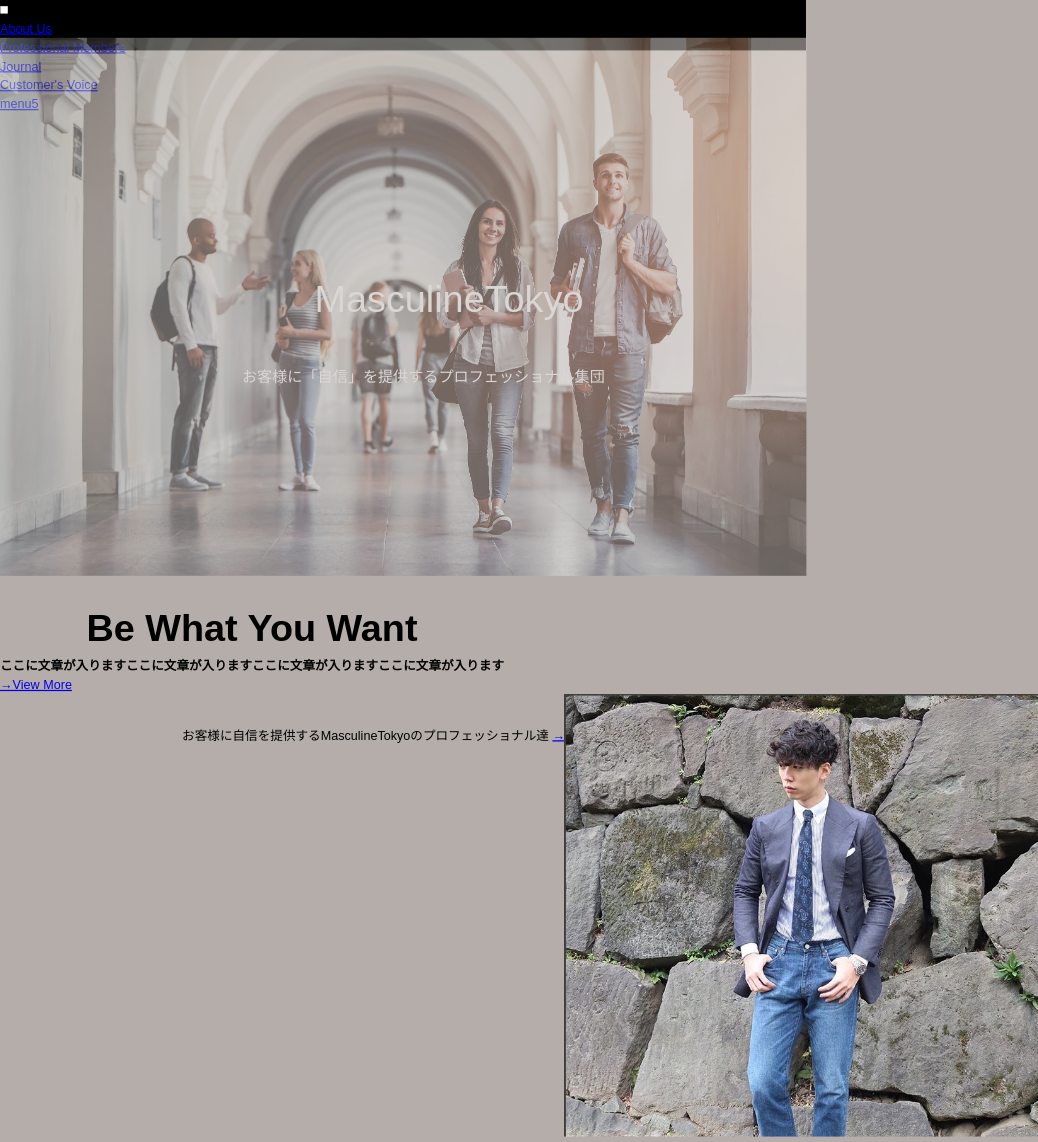
Repository: takumi-kojima0901/js.practice
Page: MasculineTokyo HP/MasculineTokyo.html
The author's editor kept a record of every edit. The page is drawn from the files as they stood at one moment, then again after the next edit.
The browser window is 1280 px wide. The page is 1647 px wide, so the pictures cover 1647 px, including what lies to the right of the window. The pictures show the whole page, at 63% of full size.

Above is the page before.

### MasculineTokyo HP/MasculineTokyo.html
<!DOCTYPE html>
<html>
  <head>
    <meta charset="UTF-8">
    <title>Masculine Tokyo～お客様に「自信」を提供するプロフェッショナル集団～</title>
     <link rel="Masculine stylesheet" href="Masculine stylesheet.css">
  </head>

  <!–メニューボタン作成*/–>
  <header>
  <div id="nav-drawer">
      <input id="nav-input" type="checkbox" class="nav-unshown">
      <label id="nav-open" for="nav-input"><span></span></label>
      <label class="nav-unshown" id="nav-close" for="nav-input"></label>
      <div id="nav-content">
		<ul>
		<li><a href="#">About Us</a></li>
		<li><a href="#">Professional Members</a></li>
		<li><a href="#">Journal</a></li>
		<li><a href="#">Customer's Voice</a></li>
		<li><a href="#">menu5</a></li>
		</ul>
      </div>
  </div>
</header>
  <!–メニューボタン作成終了*/–>

  <body>
      <body bgcolor="#DDDDDD">

　　　<div class="text-image">
  　　　　<img src="corridor.jpg" alt="文字の代替">
  　　　　<p>MasculineTokyo</p>
  　 　　<p2>お客様に「自信」を提供するプロフェッショナル集団</p2>
　　　</div>


      <div class="text-box-BeWhatYouWant">
         <h1 class=Catch_Phrase>
         Be What You Want
         </h1>
         <h2 class=setumei>
         ～なりたい自分になる～
         </h2>
         <h3 class="text-mas1">
         ここに文章が入りますここに文章が入りますここに文章が入りますここに文章が入ります
         </h3>
         <a href="#">
             →View More
        </a>
             <div class="BeWhat">
              <img src="kasamatsu.jpg">
             </div>

      </div>


      <div class="members">
         <h2 class=Our_Members>
         Our Members
         </h2>
        <p class="text-mas1">
         お客様に自信を提供するMasculineTokyoのプロフェッショナル達

        <a href="#">
            →View More
        </a>
      </div>

      <div class="Overview">

  </body>
</html>

### MasculineTokyo HP/Masculine stylesheet.css
@charset "utf-8";

body {
	margin: 0;
	padding: 0;
	font-family: "ヒラギノ角ゴ Pro W3", "Hiragino Kaku Gothic Pro", "メイリオ", Meiryo, Osaka, "ＭＳ Ｐゴシック", "MS PGothic", sans-serif;
	color: #333;
	font-size: 20px;
	line-height: 150%;
}

/*ここからはメニューボタンの装飾*/

* {
  margin: 0;
  padding: 0;
  }
body {
  background: #b4ada9;
}
header {
  position: fixed;
  width: 100%;
  height: 80px;
  background: #000000;
}
#nav{
  position: absolute;
  height: 100vh;
  width: 40%;
  left: -40%;
  top: 0;
  background: #ffffff;
  transition: .7s;
}
#nav ul{
  padding-top: 80px;
}
#nav ul li{
  list-style-type: none;
  font-size: 20px;
}
#nav a{
  display: block;
  text-decoration: none;
  color: #000000;
  margin: 0 15px;
  padding: 10px;
  transition: .5s;
}
#nav li a:hover{
  color: #ffffff;
  background: #cd5c5c;
  border-bottom: none;
}
#hamburger {
  display: block;
  position: absolute;
  top: 20px;
  left: 30px;
  width: 50px;
  height: 44px;
  cursor: pointer;
  transition: 1s;
}
.inner_line {
  display: block;
  position: absolute;
  left: 0;
  width: 50px;
  height: 3px;
  background-color: #ffffff;
  transition: 1s;
  border-radius: 4px;
}
#line1 {
  top: 0;
}
#line2 {
  top: 20px;
}
#line3 {
  bottom: 0px;
}
h1, h2 {
  text-align: center;
  line-height: 90px;
  color: #ffffff;
}
h2 {
  display: none;
}
p {
  padding-top: 200px;
  text-align: center;
}
.in{
  transform: translateX(100%);
}
.line_1,.line_2,.line_3{
  background: #000000;
}
.line_1 {
  transform: translateY(20px) rotate(-45deg);
  top: 0;
}
.line_2 {
  opacity: 0;
}
.line_3 {
  transform: translateY(-20px) rotate(45deg);
  bottom: 0;
}

@media screen and (max-width: 480px) {
  #nav ul li {
    font-size: 14px;
  }
  h1 {
    display: none;
  }
  h2 {
    display: block;
    font-size: 14px;
  }
}

/*ここまでメニューボタンの装飾*/

.text-image {
  position: relative;
  width: 100%;
  opacity: 0.5;
}

.text-image img {
  width: 100%;
}


.text-image p {
  position: absolute;
  top: 25%;
  font-size: 60px;
  color: #ffffff;
  text-align: center;
  left: 39%
}

.text-image p2 {
  position: absolute;
  top: 60%;
  font-size: 24px;
  color: #ffffff;
  text-align: center;
  left: 30%
}

.clearfix::after {
   content: "";
   display: block;
   clear: both;
}

.text-box-BeWhatYouWant {
 float: left;
}

.Catch_Phrase {
	color: black;
	font-size: 60px;
}

.setumei {
  color: black;
	font-size: 36px;
}

.text-mas1 {
  color: black;
	font-size: 20px;
}


.BeWhat {            /*1枚目の写真*/
  position:absolute;
	right:10%;
  width:20% ;
  float: left;
  }


/* "#" で始まる内部リンク */
a[href="#1"] {
		background-color: gold;
}

a[href="#2"] {
		background-color: gold;
}

.Our_Members {
	color: black;
	font-size: 60px;
	text-align: right ;
	position:absolute;
	right:10%;
}

After the next edit:
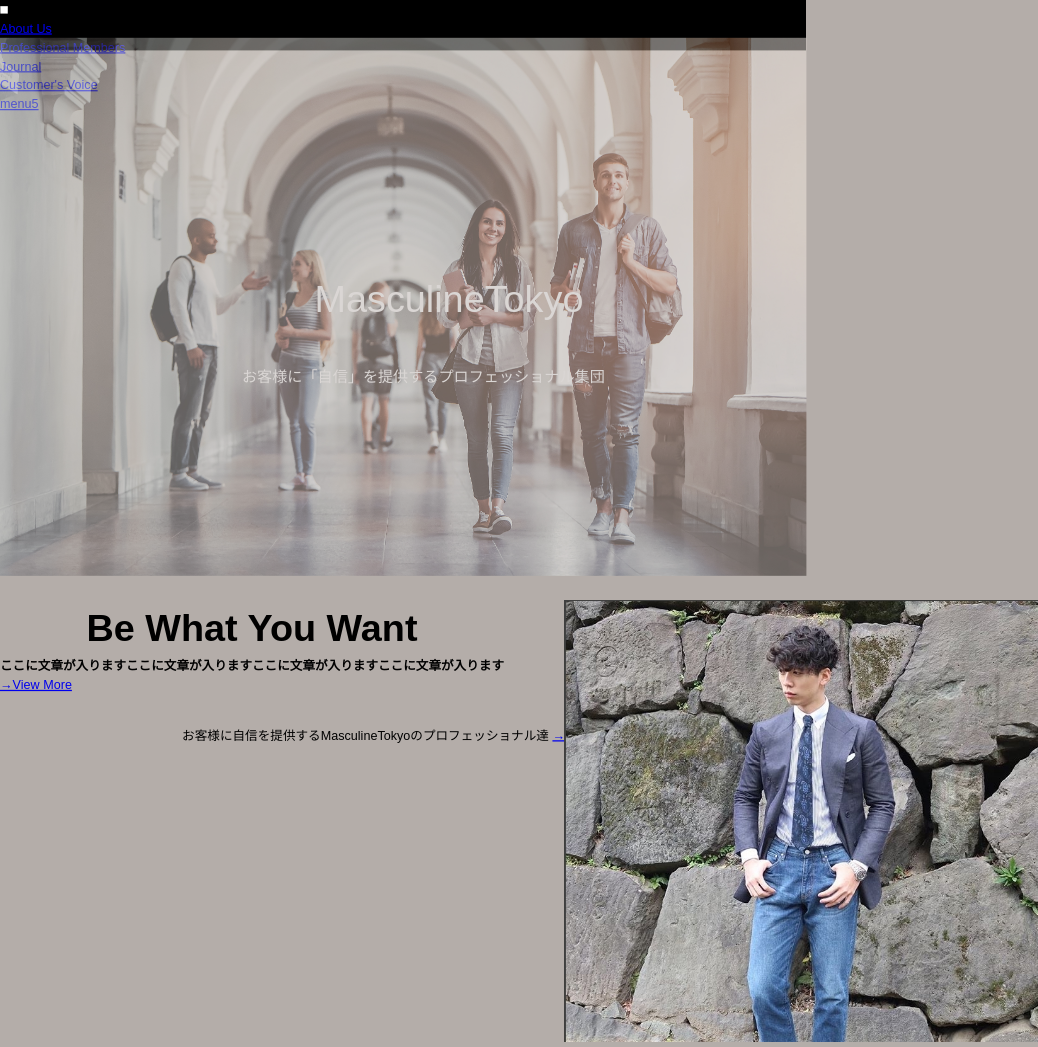
The edit:
--- a/MasculineTokyo HP/MasculineTokyo.html
+++ b/MasculineTokyo HP/MasculineTokyo.html
@@ -47,8 +47,9 @@
          </h3>
          <a href="#">
              →View More
-        </a>
-             <div class="BeWhat">
+         </a>
+      </div>
+         <div class="BeWhat">
               <img src="kasamatsu.jpg">
              </div>
 
